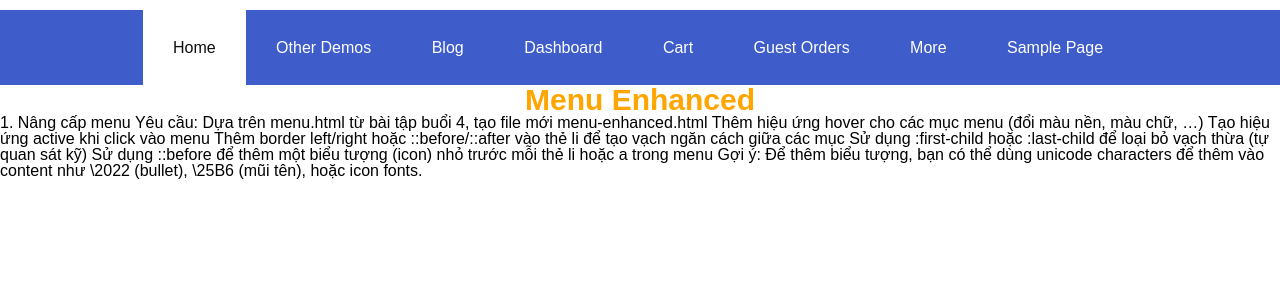
Repository: lannguyen1301/f8-zoom-day-5
Page: menu-enhanced.html
These files come from the project's save history. The page is drawn as it stood at one moment and after a run of saves; the edit follows.
The browser window is 1280 px wide. The pictures show the whole page.

Above is the page before, as saved 2025-04-21 13:07:14.

### menu-enhanced.html
<!DOCTYPE html>
<html lang="en">

<head>
    <meta charset="UTF-8">
    <meta name="viewport" content="width=device-width, initial-scale=1.0">
    <title>Menu Enhanced</title>
    <link rel="stylesheet" href="./assets/css/reset.css">
    <link rel="stylesheet" href="./assets/css/style.css">
</head>

<body>
    <div>
        <nav class="navbar">
            <ul class="navbar-list">
                <li class="navbar-item active">
                    <a href="!#" class="nabar-link">Home</a>
                </li>
                <li class="navbar-item">
                    <a href="!#" class="nabar-link">Other Demos</a>
                </li>
                <li class="navbar-item">
                    <a href="!#" class="nabar-link">Blog</a>
                </li>
                <li class="navbar-item">
                    <a href="!#" class="nabar-link">Dashboard</a>
                </li>
                <li class="navbar-item">
                    <a href="!#" class="nabar-link">Cart</a>
                </li>
                <li class="navbar-item">
                    <a href="!#" class="nabar-link">Guest Orders</a>
                </li>
                <li class="navbar-item">
                    <a href="!#" class="nabar-link">More</a>
                </li>
                <li class="navbar-item">
                    <a href="!#" class="nabar-link">Sample Page</a>
                </li>
            </ul>
        </nav>

        <h1 class="title-desc">Menu Enhanced</h1>
        <p>
            1. Nâng cấp menu
            Yêu cầu:

            Dựa trên menu.html từ bài tập buổi 4, tạo file mới menu-enhanced.html
            Thêm hiệu ứng hover cho các mục menu (đổi màu nền, màu chữ, …)
            Tạo hiệu ứng active khi click vào menu
            Thêm border left/right hoặc ::before/::after vào thẻ li để tạo vạch ngăn cách giữa các mục
            Sử dụng :first-child hoặc :last-child để loại bỏ vạch thừa (tự quan sát kỹ)
            Sử dụng ::before để thêm một biểu tượng (icon) nhỏ trước mỗi thẻ li hoặc a trong menu
            Gợi ý: Để thêm biểu tượng, bạn có thể dùng unicode characters để thêm vào content như \2022 (bullet), \25B6 (mũi
            tên), hoặc icon fonts.
        </p>
    </div>
</body>

</html>

### assets/css/style.css
* {
    box-sizing: border-box;
}

html {
    font-size: 62.5%;
}

body {
    font-size: 1.6rem;
    font-family: "poppins", sans-serif;
}

/* commot*/
a {
    text-decoration: none;
}

.inner {
    margin: 0 auto;
    padding: 20px;
}

.title-desc {
    font-size: 3rem;
    text-align: center;
    font-weight: 900;
    color: orange;
}

/* navbar */
nav {
    margin-top: 10px;

    height: 75px;
    background-color: #3e5cca;
}

/* ul.navbar-list {
    display: flex;
    align-items: center;
    justify-content: space-evenly;
} */

ul.navbar-list {
    text-align: center;
}

.navbar-item {
    display: inline-block;
    margin-left: -4px;
}

.nabar-link {
    line-height: 75px;
    color: #fff;

    font-weight: 500;
    padding: 0 30px;
}

.active,
.navbar-item:hover {
    background-color: #fff;
}

.navbar-item:hover > a,
.active > a {
    color: #0f0f0f;
}

Loaded but not shown: assets/css/reset.css (common file)

After the next 2 saves:
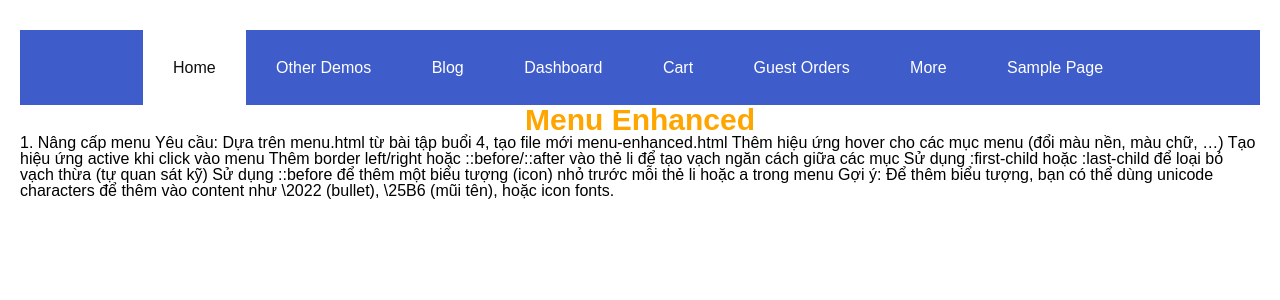
The 2 saves are shown as one change because they came seconds apart.
The last was saved 9 s later.
--- a/menu-enhanced.html
+++ b/menu-enhanced.html
@@ -10,7 +10,7 @@
 </head>
 
 <body>
-    <div>
+    <div class="inner">
         <nav class="navbar">
             <ul class="navbar-list">
                 <li class="navbar-item active">
@@ -51,7 +51,8 @@
             Thêm border left/right hoặc ::before/::after vào thẻ li để tạo vạch ngăn cách giữa các mục
             Sử dụng :first-child hoặc :last-child để loại bỏ vạch thừa (tự quan sát kỹ)
             Sử dụng ::before để thêm một biểu tượng (icon) nhỏ trước mỗi thẻ li hoặc a trong menu
-            Gợi ý: Để thêm biểu tượng, bạn có thể dùng unicode characters để thêm vào content như \2022 (bullet), \25B6 (mũi
+            Gợi ý: Để thêm biểu tượng, bạn có thể dùng unicode characters để thêm vào content như \2022 (bullet), \25B6
+            (mũi
             tên), hoặc icon fonts.
         </p>
     </div>
